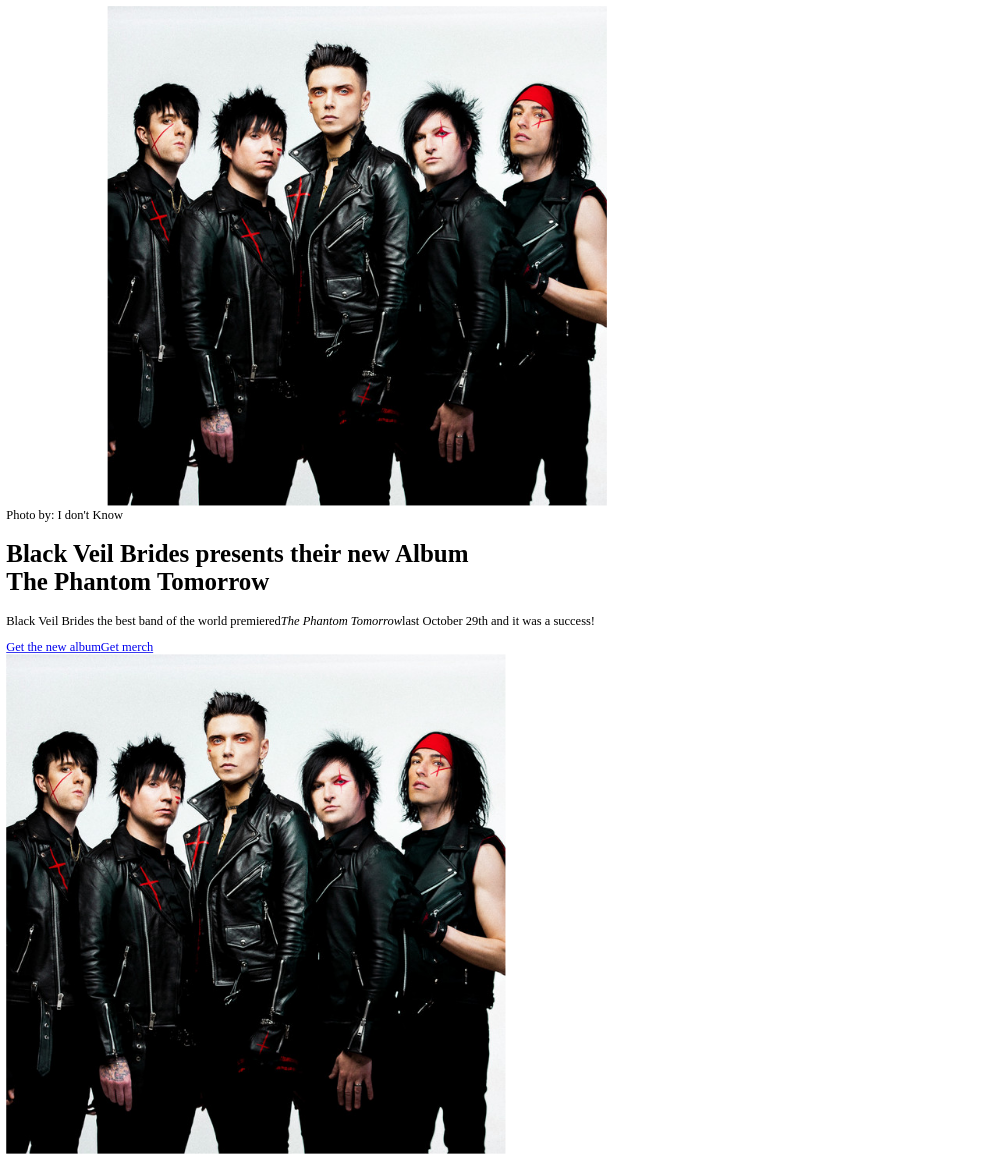
Repository: MaidedPonce/bvb-tail
Page: /
The author's editor kept a copy of each file at every save. The page is drawn from the files as they stood at one save, then again after the next save.
The browser window is 1280 px wide. The pictures show the whole page, at 78% of full size.
The project was rebuilt for these pictures with package versions that can differ from the ones it lists, and the page was loaded fresh each time. Also part of the build but not shown: webpack.config.js, styles/App.scss.

Above is the page before, as saved 2021-11-18 20:08:35.

After the next save:
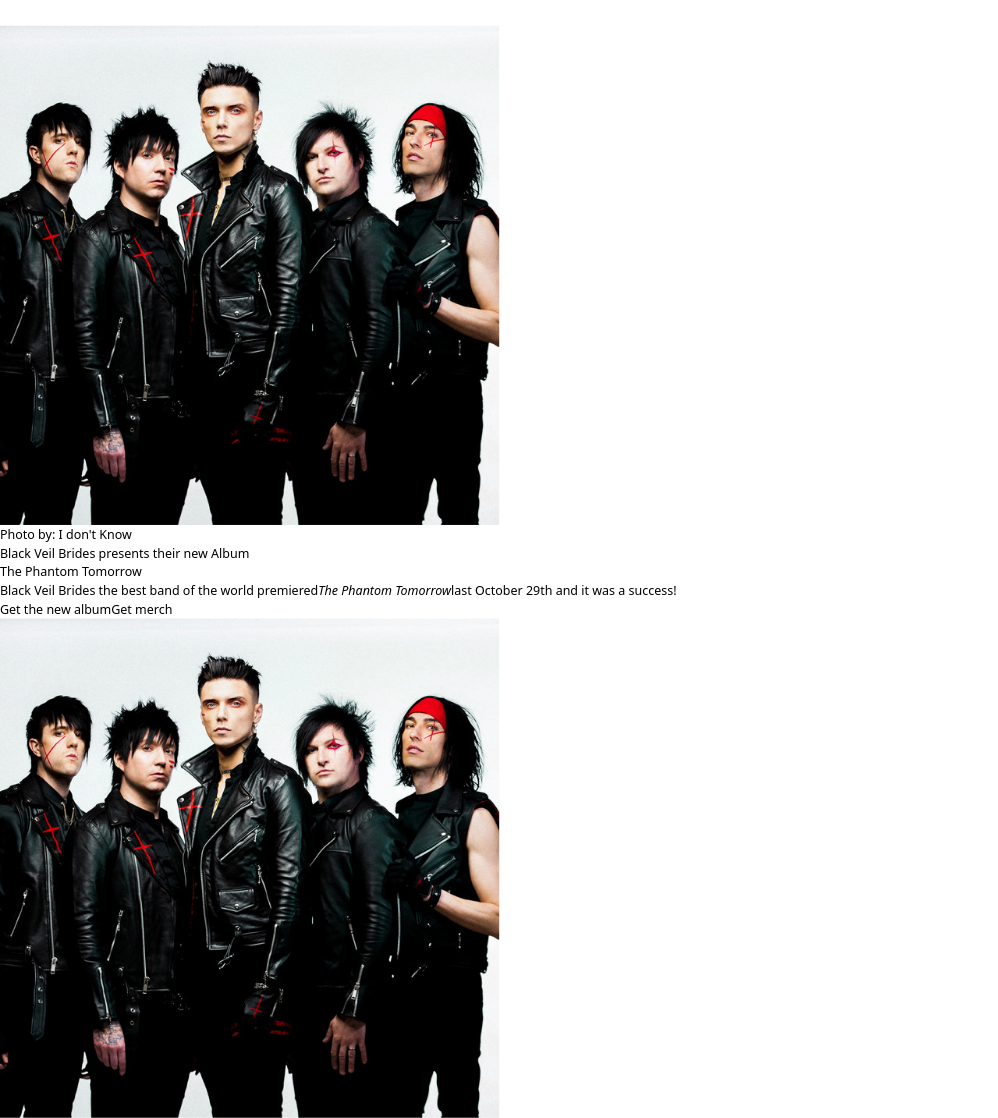
Saved 59 s later.
--- a/src/index.js
+++ b/src/index.js
@@ -1,5 +1,5 @@
 import React from "react";
 import ReactDOM from "react-dom";
 import App from "../containers/App";
-
+import "../public/index.css"
 ReactDOM.render(<App />, document.getElementById("app"));
